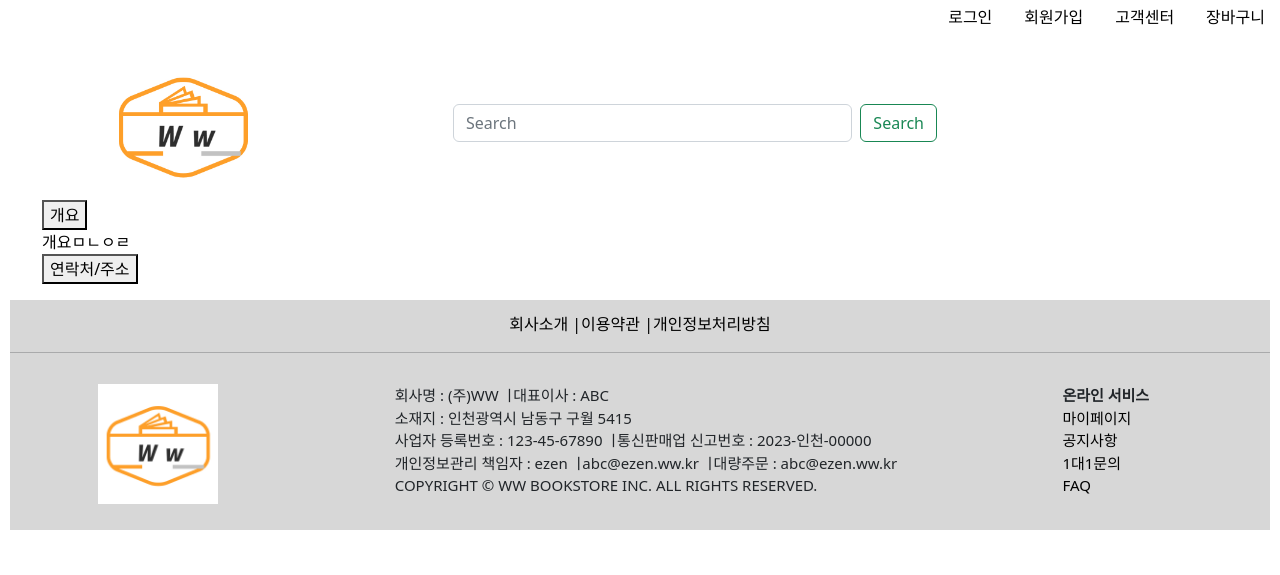
Repository: leehyeonung/project7
Page: http://localhost/book/WEB-INF/views/introduce.jsp
An editor plug-in stored every save of this project. The page is shown before and after the next save, followed by the edit.
The browser window is 1280 px wide. The pictures show the whole page.
The page is served by Tomcat 9. Nobody is signed in. The template is opened directly, without the code that normally fills it, so the values that code supplies are empty.

Above is the page before, as saved 2023-01-09 03:12:42.

After the next save:
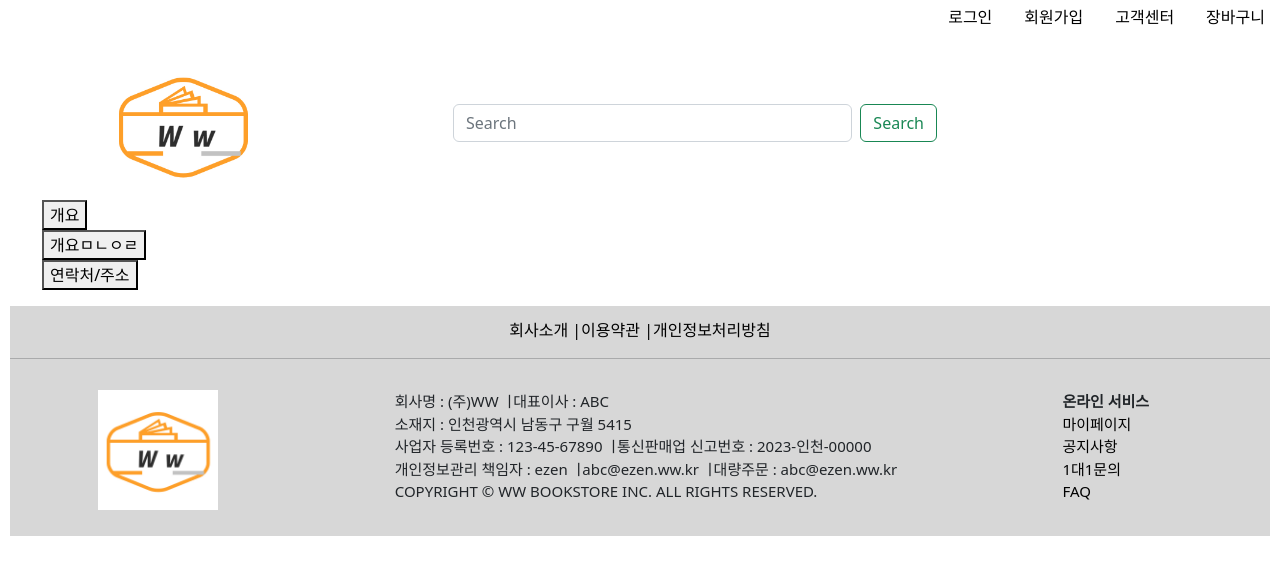
Saved 11 s later.
--- a/book/src/main/webapp/WEB-INF/views/introduce.jsp
+++ b/book/src/main/webapp/WEB-INF/views/introduce.jsp
@@ -15,7 +15,7 @@
 <div class="intro">
 <ul>
 	<li><a href="/content?content=okay1"><button>개요</button></a></li>
-	<li><a href="/content?content=okay2"<button>개요ㅁㄴㅇㄹ</button></a></li>
+	<li><a href="/content?content=okay2"><button>개요ㅁㄴㅇㄹ</button></a></li>
 	<li><a href="/content?content=okay3"><button>연락처/주소</button></a></li>
 </ul>
 </div>
